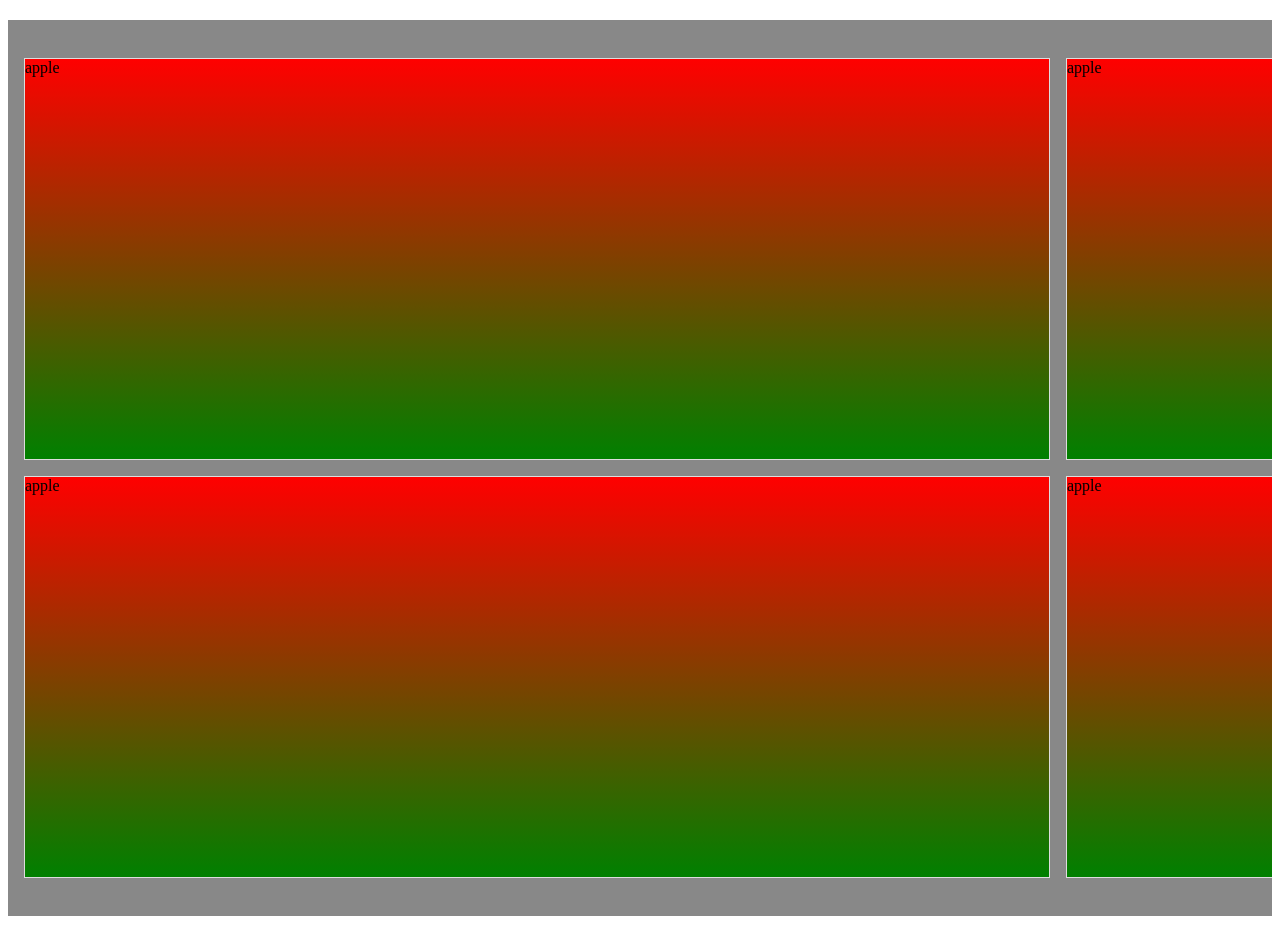
Repository: lzh15378738622/scroll-snap
Page: index.html
These files come from the project's save history. The page is drawn as it stood at one moment and after the next save; the edit follows.
The browser window is 1280 px wide. The pictures show the whole page.

Above is the page before, as saved 2022-02-26 12:07:14.

After the next save:
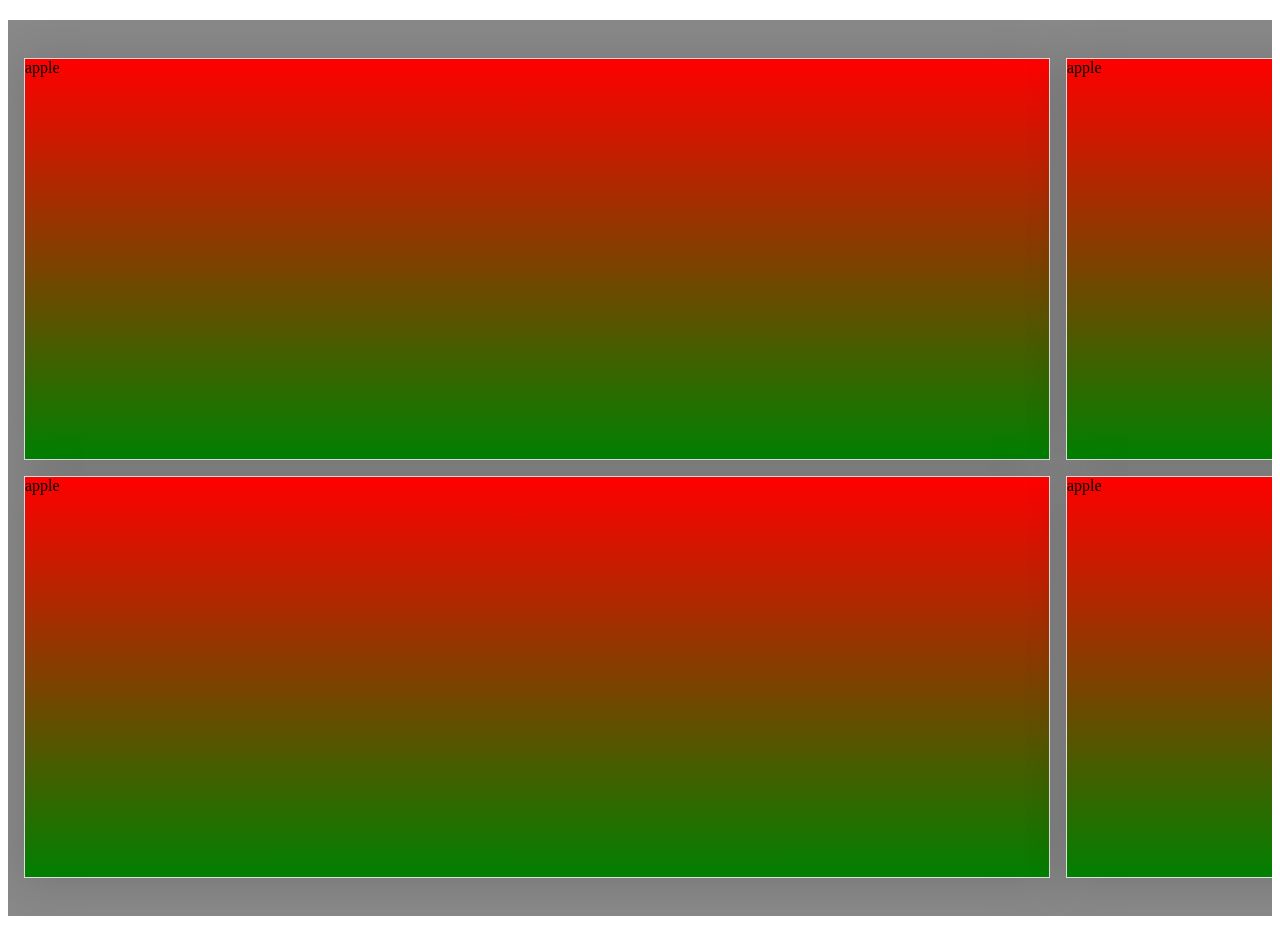
Saved 4 min 15 s later.
--- a/index.html
+++ b/index.html
@@ -1,7 +1,7 @@
 <!--
  * @Date: 2022-02-26 11:43:45
  * @LastEditors: lzh886
- * @LastEditTime: 2022-02-26 12:07:14
+ * @LastEditTime: 2022-02-26 12:11:29
  * @FilePath: /scroll-snap/index.html
 -->
 <!DOCTYPE html>
@@ -27,7 +27,7 @@
         height: 400px;
         border: 1px solid #ddd;
         background: linear-gradient(red, green);
-        box-shadow: 0 2px 40px rgba(0,0,0,.15));
+        box-shadow: 0 2px 40px rgba(0, 0, 0, 0.15);
       }
     </style>
   </head>
